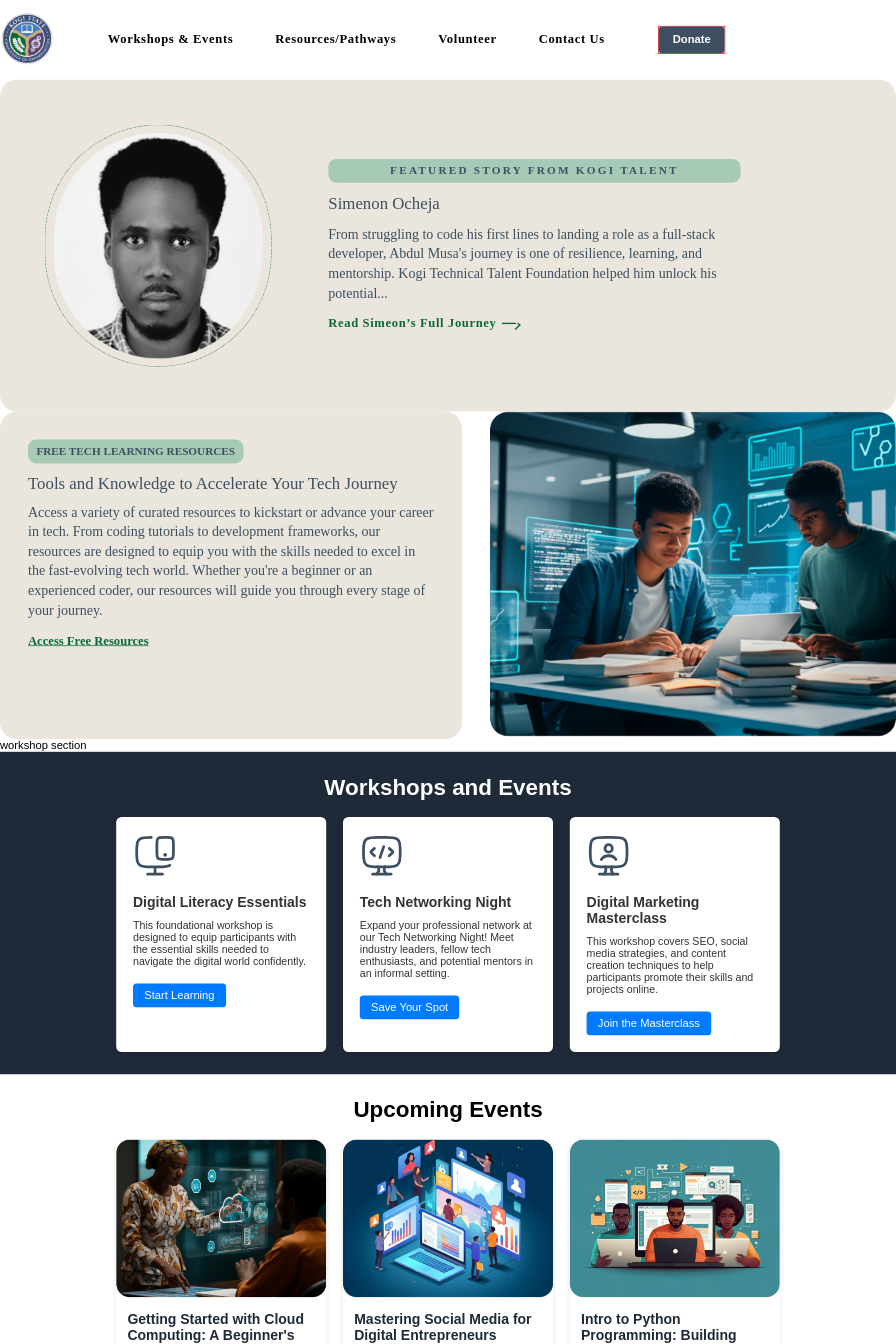
Repository: Cryptim/3MTT-Kogi-Foundation
Page: index.html
These files come from the project's save history. The page is drawn as it stood at one moment and after the next save; the edit follows.
The browser window is 1280 px wide. The pictures show the part of the page from y = 0 to 1920 px (the page is 2785 px tall), at 70% of full size.

Above is the page before, as saved 2024-11-04 03:15:12.

After the next save:
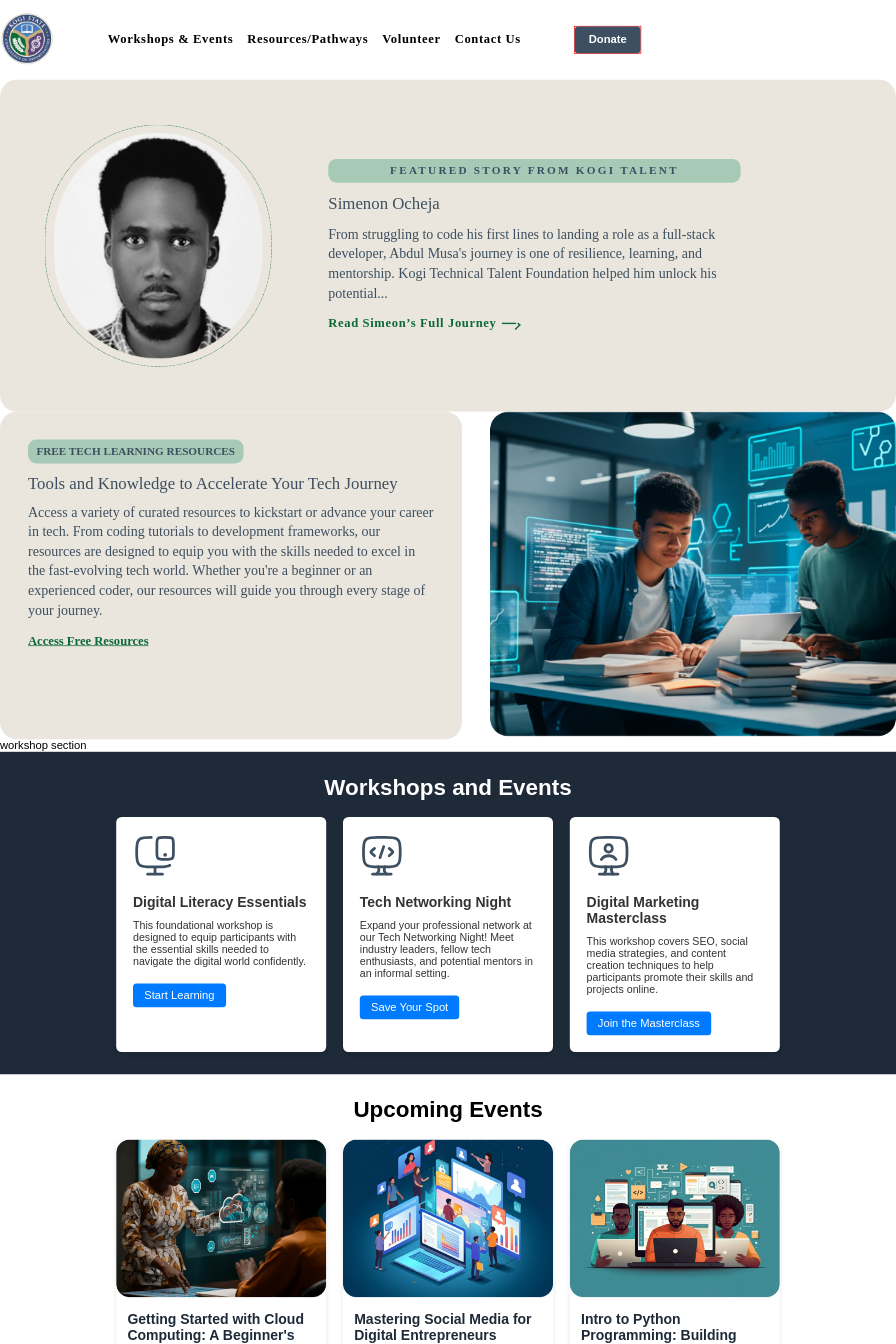
Saved 57 s later.
--- a/stlyes/style.css
+++ b/stlyes/style.css
@@ -29,7 +29,7 @@
 .nav {
   justify-content: center;
   align-items: center;
-  gap: 40px;
+  /* gap: 40px; */
   display: flex;
 }
 
